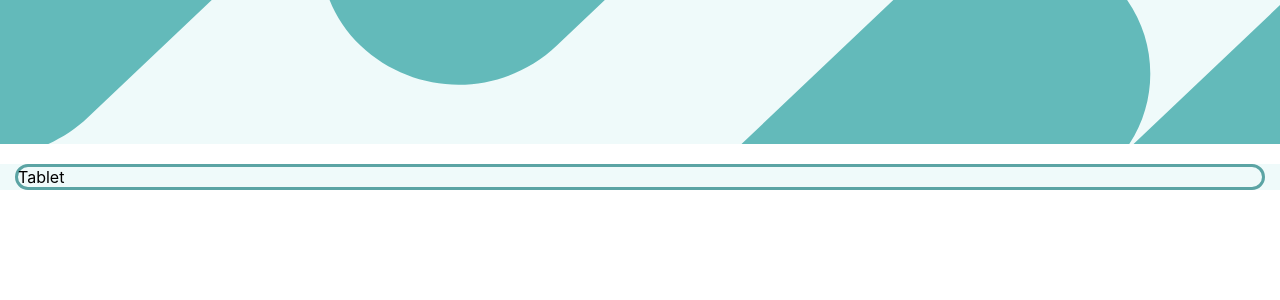
Repository: DevLaukey/job-listing
Page: /
The author's editor kept a copy of each file at every save. The page is drawn from the files as they stood at one save, then again after the next save.
The browser window is 1280 px wide. The pictures show the whole page.
The project was rebuilt for these pictures with package versions that can differ from the ones it lists, and the page was loaded fresh each time.

Above is the page before, as saved 2022-06-02 15:50:56.

After the next save:
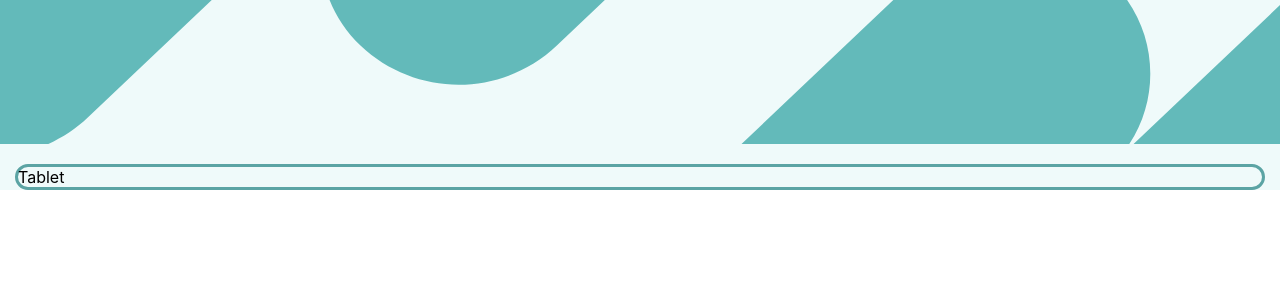
Saved 17 s later.
--- a/src/App.css
+++ b/src/App.css
@@ -3,6 +3,6 @@
   padding: 0;
   box-sizing: border-box;
 }
-.content{
+.App{
   background-color: hsl(180, 52%, 96%);
 }
